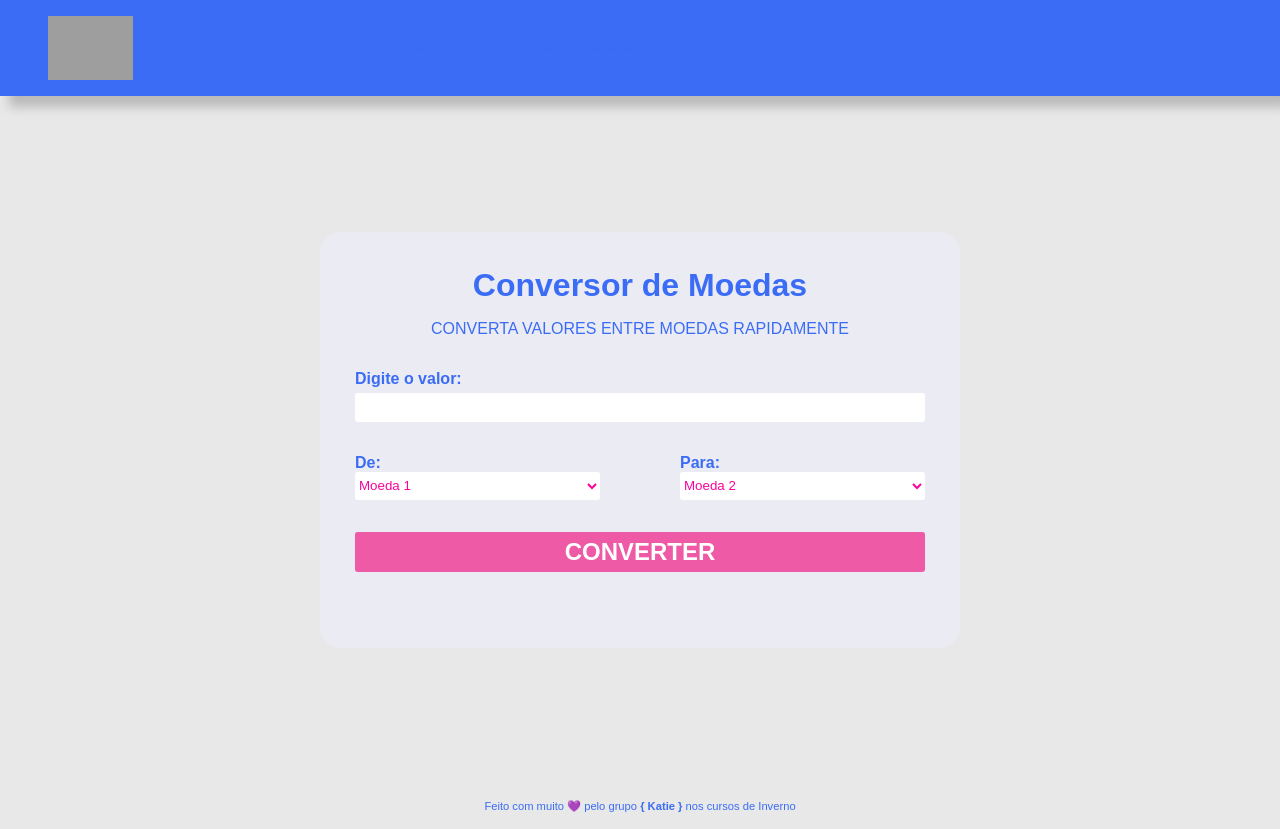
Repository: willamesalmeida/Conversor-de-Moedas
Page: index.html
An editor plug-in stored every save of this project. The page is shown before and after the next save, followed by the edit.
The browser window is 1280 px wide. The pictures show the whole page.
Pictures or frames that could not be fetched are drawn as grey boxes.

Above is the page before, as saved 2022-08-07 14:44:59.

### index.html
<!DOCTYPE html>
<html lang="pt-br">
<head>
    <meta charset="UTF-8" />
    <meta name="viewport" content="width=device-width, initial-scale=1.0">
    <link rel="stylesheet" href="./global.css">
    <link rel="stylesheet" href="./styles.css">
    <title>Conversor de moedas KATIE</title>
</head>
<body>
    <script src="script.js"></script>

    <header class="cabecalho">
        <img class="gif-katie" src="https://ic.ufal.br/extensao/katie/resources/logoanim.gif"/>
        <p class="saudacao">Bem vindo ao conversor de Moedas da Katie!</p>
    </header>
    <main class="container">
        <section class="card">
            <header>
                <h2 class="titulo">Conversor de Moedas</h2>
                CONVERTA VALORES ENTRE MOEDAS RAPIDAMENTE
            </header>

            <section class="valor">
                <label>Digite o valor:</label>
                <input type="number" id="valor_inicial">
            </section>

            <section class="conversao">
                <div  class="converter-de">
                    <label>De:</label>
                    <select name="moedasde" id="moedasde">
                        <option value="de">Moeda 1</option>
                        <option value="USD">Dolar</option>
                        <option value="BRL">Real</option>
                        <option value="EUR">Euro</option>
                      </select>
                </div>

                <div class="converter-para">
                    <label>Para:</label>
                    <select name="moedaspara" id="moedaspara">
                        <option value="para">Moeda 2</option>
                        <option value="USD">Dolar</option>
                        <option value="BRL">Real</option>
                        <option value="EUR">Euro</option>
                      </select>
                </div>

            </section>
            <button type="submit" onclick="Converter()">CONVERTER</button>

            <span id="resultado" class="resultado"></span>

        </section>

    </main>

    <footer>
        Feito com muito &#128156 pelo grupo <strong>{ Katie }</strong> nos cursos de Inverno
    </footer>


</body>
</html>

### global.css
@import url('https://fonts.googleapis.com/css2?family=Roboto+Flex:opsz,wght@8..144,400;8..144,500&family=Roboto:ital,wght@0,100;0,300;0,400;0,500;0,700;0,900;1,100;1,300;1,400;1,500;1,700;1,900&display=swap');
:root {
  --rosa-katie: #f8049c;
  --amarelo-katie: #fdd54f;
  --cinza-katie: #1f1f24;
  --rosa-claro: #EF5AA7;
  --branco:  #ffffff;
  --blue: #3A6CF5;
  --gray:#E8E8E8;
  --grey2: #EBEBF3
}

* {
  margin: 0;
  padding: 0;
  box-sizing: border-box;
}

body {
  font-family: 'Roboto ', sans-serif;
  font-family: 'Roboto Flex ', sans-serif;
  color: var(--blue);
  background-color: var(--gray);
}

### styles.css
.cabecalho {
  background: var(--blue);
  padding: 1rem 0;
}

.gif-katie {
  margin-left: 3rem;
  height: 4rem;
}
.cabecalho{
  display: flex;
  align-items: center;
  box-shadow: 10px 10px 10px 1px rgba(0, 0, 0, 0.2);
}

.saudacao {
  text-align: center;
  padding-left: 17rem;
}

.container {
  padding: 2.5rem 1rem;
}

.card {
  background: var(--grey2);
  width: 40rem;
  height: 26rem;
  border: 3px solid var(--grey2);
  border-radius: 20px;
  padding: 2rem;
  margin: 6rem auto;
}

header h2 {

  font-size: 2rem;
}

.titulo {
  margin-bottom: 1rem;
}

.card header {
  text-align: center;
}

.valor {
  margin: 2rem 0;
  display: flex;
  flex-direction: column;
}

label {
  font-size: 1rem;
  font-weight: bold;
  margin-bottom: 0.3rem;
}

input,
select {
  border: none;
  border-radius: 0.15rem;
  height: 1.8rem;
  width: 100%;
  background: var(--branco);
  color: var(--rosa-katie)
}

input {
    padding: 0.8rem;
}

.conversao {
    width: 100%;
    margin: 2rem 0;
    display: flex;
    flex-direction: row;
  }

.converter-de,
.converter-para {
  width: 100%;
}

.converter-de {
  margin-right: 2.5rem;
}

.converter-para {
  margin-left: 2.5rem;
}

button {
  background: var(--rosa-claro);
  border: none;
  border-radius: 0.15rem;
  width: 100%;
  height: 2.5rem;
  cursor: pointer;
  color: var(--branco);
  font-weight: bold;
  font-size: 1.5rem;
  transition: 0.5s;
  margin-bottom: 1rem;
}

#resultado {
    font-weight: bold;
    color: var(--amarelo-katie);
    font-size: 1.5rem;
    text-align: center;
}

button:hover {
  filter: brightness(0.8);
}

footer {
    margin: 1rem 0;
    color: var(--blue);
    font-size: 0.70rem;
    text-align: center;
}

### script.js
function Converter() {
  let input = parseFloat(document.getElementById("valor_inicial").value);
  let output = document.getElementById("resultado");
  let de = document.getElementById("moedasde");
  let para = document.getElementById("moedaspara");

  console.log(de.value);

  //Reais
  if (de.value == "BRL" && para.value != "Moeda 2") {
    let valorEmReais = input;
    let valor;
    if (para.value == "BRL") {
      valor = "O valor em reais é: R$" + valorEmReais.toFixed(2);
    } else if (para.value == "EUR") {
      valor = "O valor em euros é: €" + (valorEmReais * 0.1885).toFixed(2);
    } else if (para.value == "USD") {
      valor = "O valor em dólar é: $" + (valorEmReais * 0.1917).toFixed(2);
    }
    output.innerHTML = valor;
  } else if (de.value == "EUR" && para.value != "Moeda 2") {
    let valorEmEuros = input;
    let valor;

    if (para.value == "EUR") {
      valor = "O valor em euros é: €" + valorEmEuros.toFixed(2);
    } else if (para.value == "USD") {
      valor = "O valor em dólar é: $" + (valorEmEuros * 1.0167).toFixed(2);
    } else if (para.value == "BRL") {
      valor = "O valor em reais é: R$" + (valorEmEuros * 5.303).toFixed(2);
    }
    output.innerHTML = valor;
  } else if (de.value == "USD" && para.value != "Moeda 2") {
    console.log("entrou no else is do dolar");
    let valorEmDolar = input;
    let valor;

    if (para.value == "USD") {
      valor = "O valor em dólar é: $" + valorEmDolar.toFixed(2);
    } else if (para.value == "BRL") {
      valor = "O valor em dólar é: R$" + (valorEmDolar * 5.2159).toFixed(2);
    } else if (para.value == "EUR") {
      valor = "O valor em dólar é: €" + (valorEmDolar * 0.9832).toFixed(2);
    }
    output.innerHTML = valor;
  } else {
    output.innerHTML = "";
  }
}

After the next save:
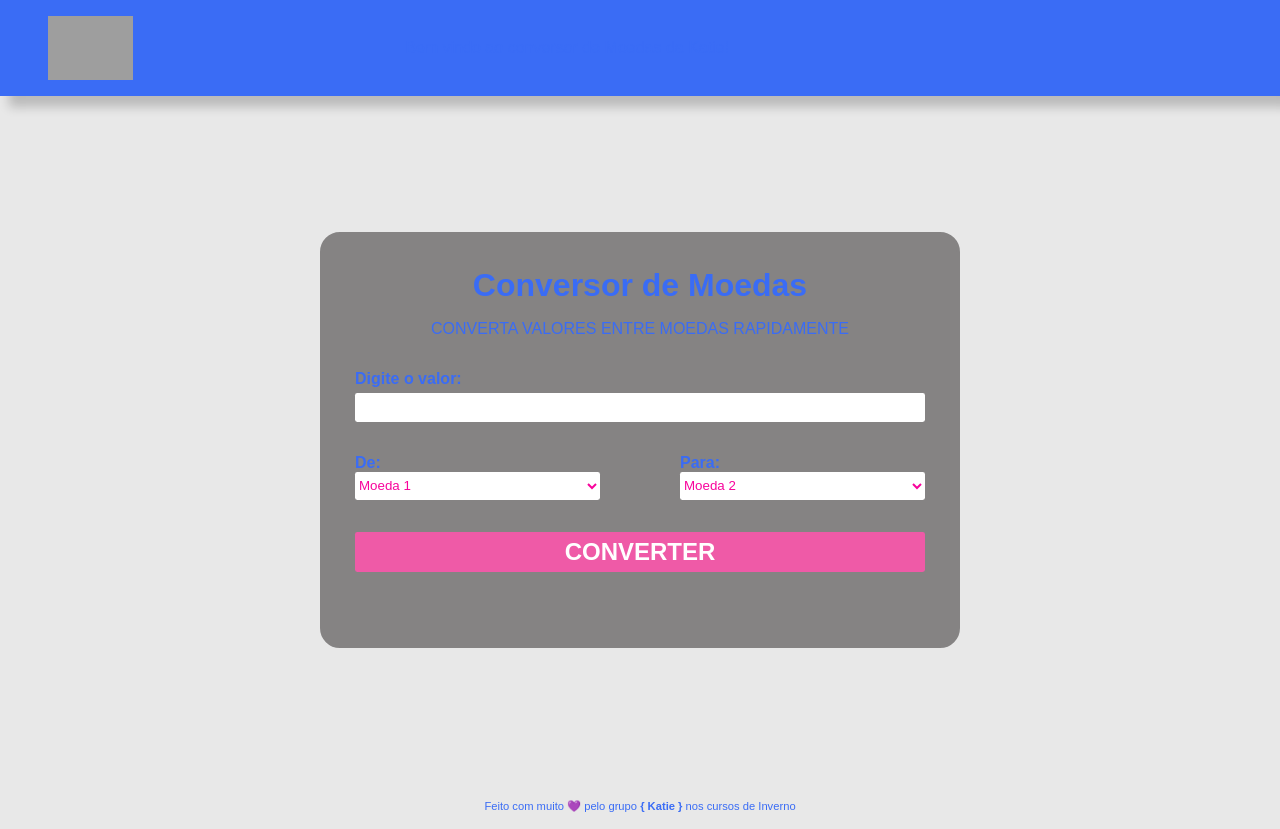
Saved 65 s later.
--- a/global.css
+++ b/global.css
@@ -7,7 +7,7 @@
   --branco:  #ffffff;
   --blue: #3A6CF5;
   --gray:#E8E8E8;
-  --grey2: #EBEBF3
+  --grey2: #858383
 }
 
 * {

After the save that followed:
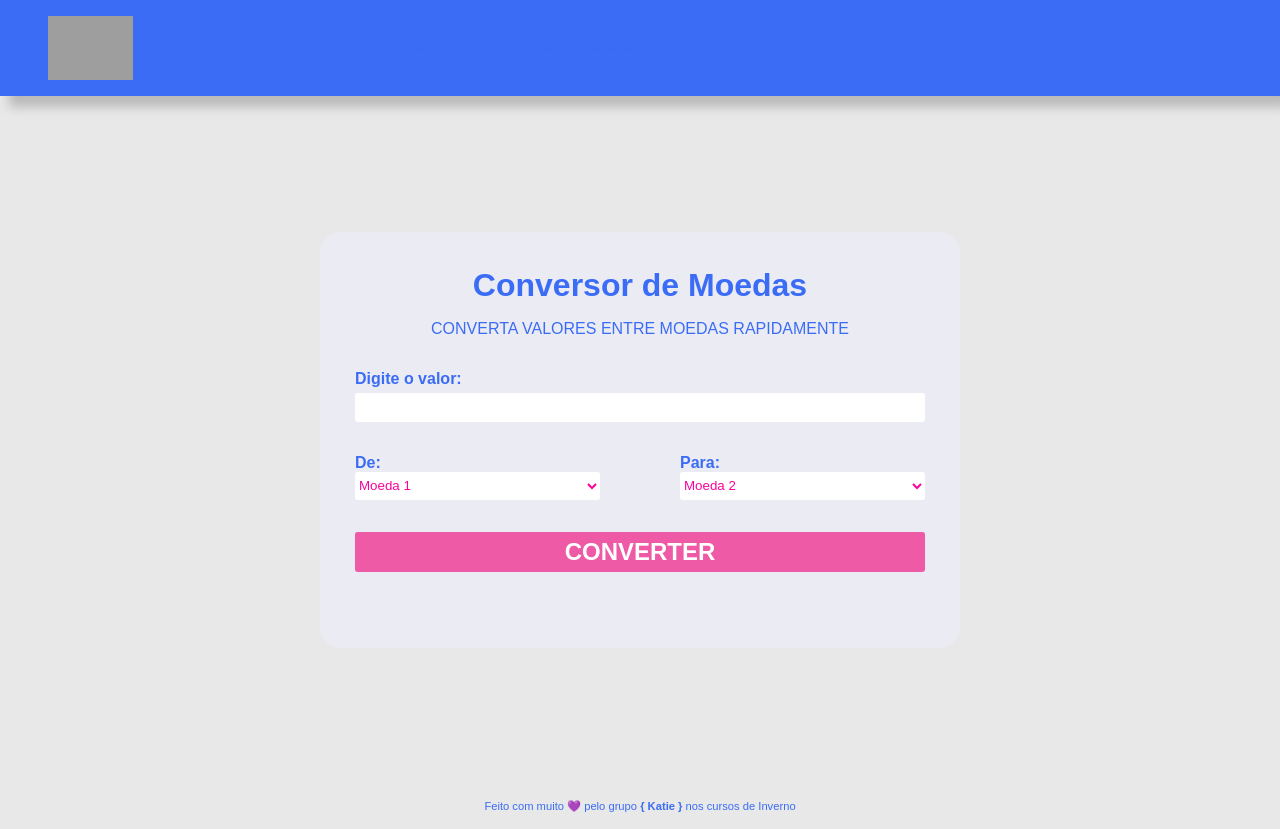
Saved 6 s later.
--- a/global.css
+++ b/global.css
@@ -7,7 +7,7 @@
   --branco:  #ffffff;
   --blue: #3A6CF5;
   --gray:#E8E8E8;
-  --grey2: #858383
+  --grey2: #EBEBF3
 }
 
 * {
